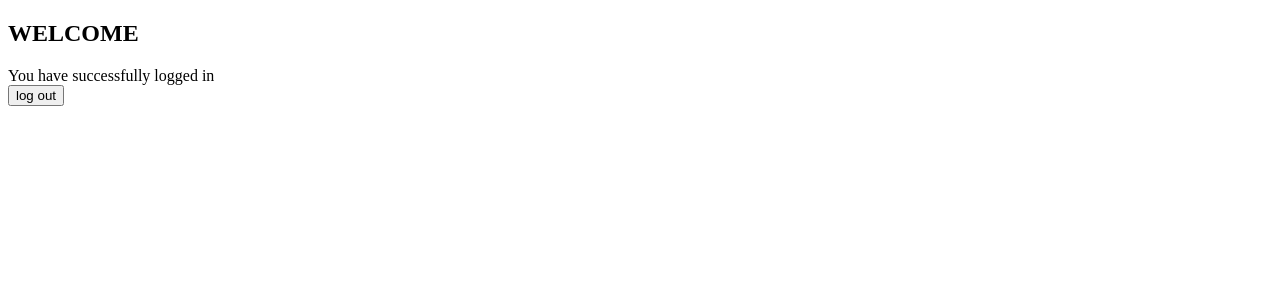
Repository: varshaumeshhs55/ServletProject
Page: ServletJdbcApp/WebContent/logout.html
An editor plug-in stored every save of this project. The page is shown before and after the next save, followed by the edit.
The browser window is 1280 px wide. The pictures show the whole page.

Above is the page before, as saved 2019-01-23 12:40:25.

### ServletJdbcApp/WebContent/logout.html
<!DOCTYPE html>
<html>
<head>
<meta charset="UTF-8">
<title>Insert title here</title>
</head>
<body>
<h2>WELCOME</h2>
You have successfully logged in
<form  form align="left" name="form1" action="logout" method="post">
<label>
  <input name="submit2" type="submit" id="submit2" value="log out">
  </label>
</form>
</body>
</html>

After the next save:
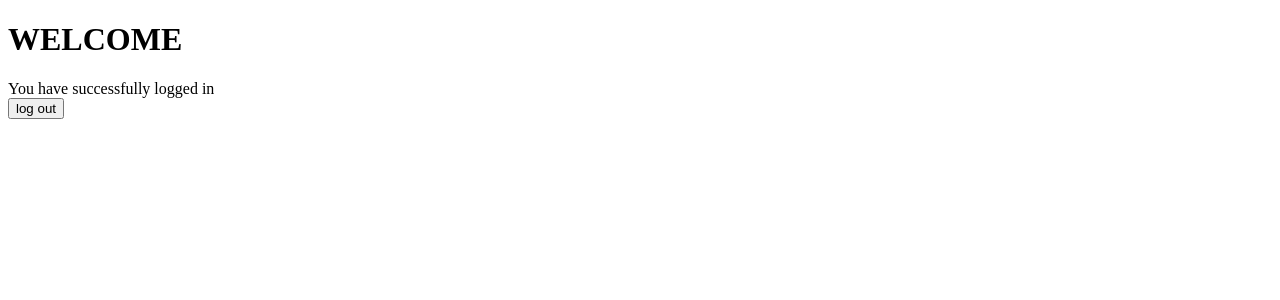
Saved 6 s later.
--- a/ServletJdbcApp/WebContent/logout.html
+++ b/ServletJdbcApp/WebContent/logout.html
@@ -5,7 +5,7 @@
 <title>Insert title here</title>
 </head>
 <body>
-<h2>WELCOME</h2>
+<h1>WELCOME</h1>
 You have successfully logged in
 <form  form align="left" name="form1" action="logout" method="post">
 <label>
